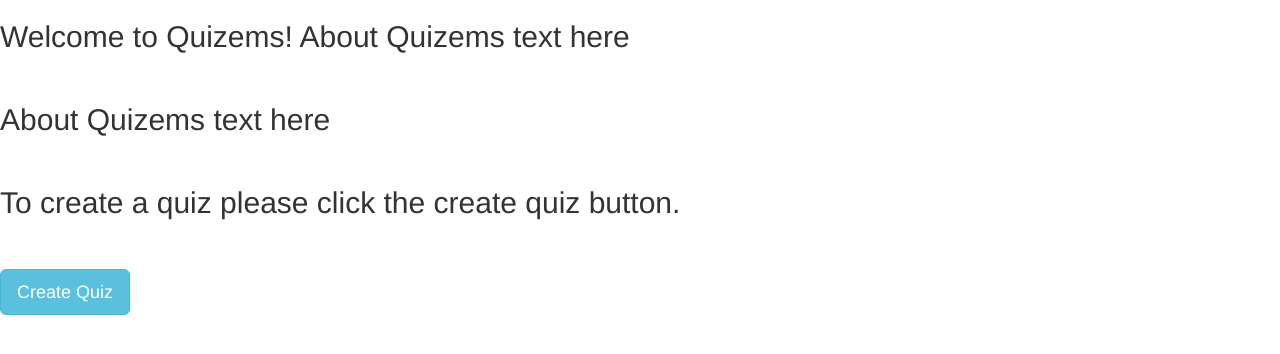
Repository: phillipdacosta/QuizemsNew
Page: /home
The author's editor kept a copy of each file at every save. The page is drawn from the files as they stood at one save, then again after the next save.
The browser window is 1280 px wide. The pictures show the whole page.
Some web libraries are served in a nearby version. The project was rebuilt for these pictures with package versions that can differ from the ones it lists, and the page was loaded fresh each time. Also part of the build but not shown: angular.json, src/app/professor/professor.component.ts, src/app/data.service.ts, src/app/question.model.ts, src/app/quiz/quiz.component.ts, src/app/student/student.component.ts, src/app/questions/questions.component.ts, src/app/question-display/question-display.component.ts and 1 more.

Above is the page before, as saved 2019-06-29 12:52:57.

After the next save:
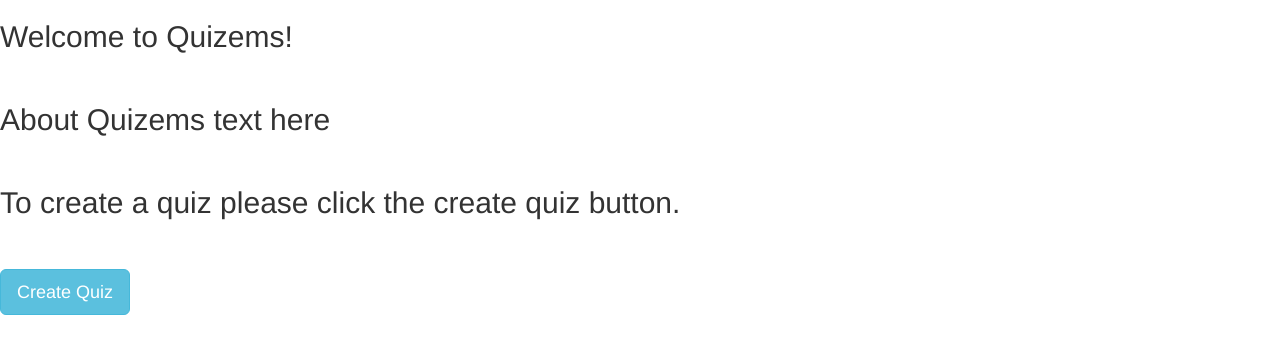
Saved 118 s later.
--- a/src/app/about/about.component.html
+++ b/src/app/about/about.component.html
@@ -1,6 +1,6 @@
 <h2>
 
-     Welcome to Quizems! About Quizems text here
+     Welcome to Quizems!
   </h2>
   <br>
   <h2>
